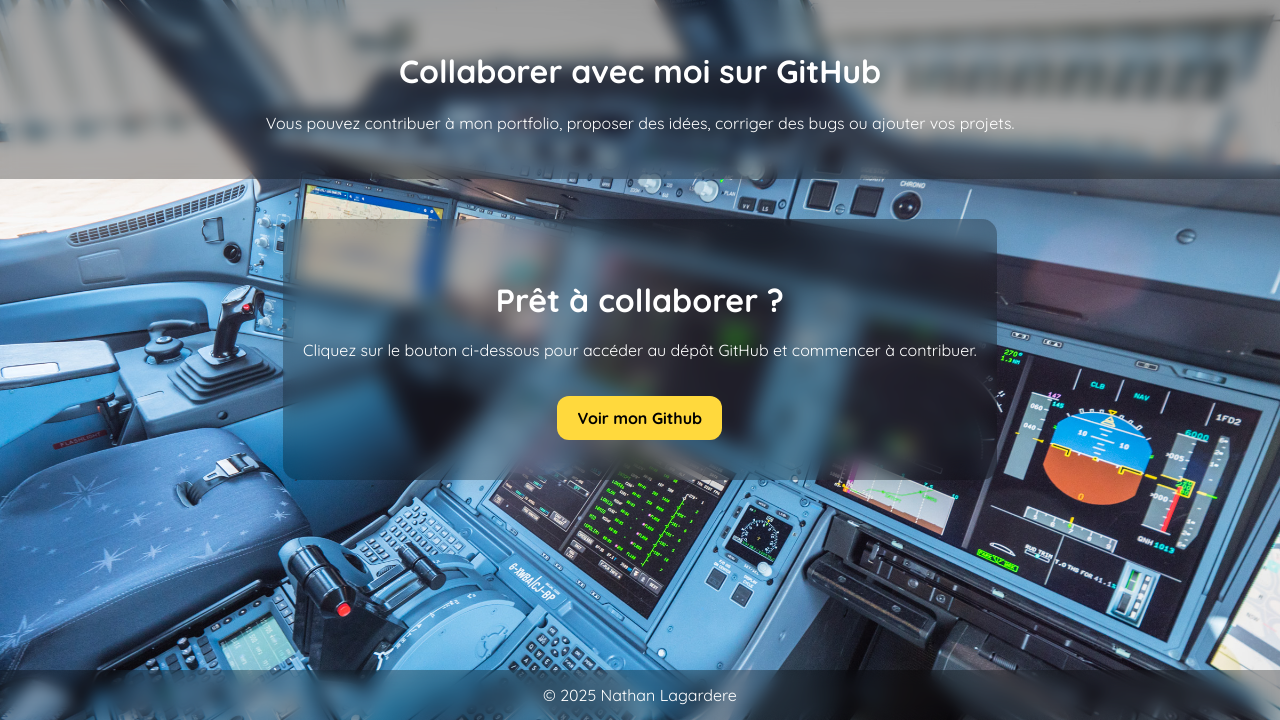
Repository: nlagardere/myportfolio
Page: collaborate.html
These files come from the project's save history. The page is drawn as it stood at one moment and after the next save; the edit follows.
The browser window is 1280 px wide. The pictures show the whole page.

Above is the page before, as saved 2025-09-07 11:55:00.

### collaborate.html
<!DOCTYPE html>
<html lang="fr">
<head>
  <meta charset="UTF-8">
  <meta name="viewport" content="width=device-width, initial-scale=1.0">
  <title>Collaborer avec moi</title>

  <link href="https://fonts.googleapis.com/css2?family=Exo+2:wght@400;700&family=Quicksand:wght@400;700&display=swap" rel="stylesheet">
  <link rel="stylesheet" href="https://cdnjs.cloudflare.com/ajax/libs/font-awesome/6.5.0/css/all.min.css">

  <style>
    body {
      font-family: 'Quicksand', sans-serif;
      margin: 0;
      padding: 0;
      min-height: 100vh;
      display: flex;
      flex-direction: column;
      background: url('a350.jpg') no-repeat center center;
      background-size: cover;
      color: #fff;
    }

    header {
      text-align: center;
      padding: 30px 20px;
      background: rgba(0,0,0,0.3);
      backdrop-filter: blur(8px);
    }

    .glasscard {
      background: rgba(0, 0, 0, 0.3);
      border-radius: 15px;
      padding: 40px 20px;
      margin: 40px auto;
      max-width: 800px;
      backdrop-filter: blur(10px);
      box-shadow: 0 4px 30px rgba(0,0,0,0.1);
      text-align: center;
      color: white;
      animation: zoomPop 1s ease forwards;
    }

    .glasscard h1 {
      margin-bottom: 20px;
    }

    .btn-github {
      display: inline-block;
      padding: 12px 20px;
      background: #FFD93D;
      color: #000;
      font-weight: bold;
      text-decoration: none;
      border-radius: 12px;
      margin-top: 20px;
      transition: transform 0.2s;
    }

    .btn-github:hover {
      transform: scale(1.05);
    }

    @keyframes zoomPop {
      0% { opacity: 0; transform: scale(0.1) translateZ(-800px); }
      60% { opacity: 1; transform: scale(1.2) translateZ(50px); }
      80% { transform: scale(0.95) translateZ(0); }
      100% { opacity: 1; transform: scale(1) translateZ(0); }
    }

    .footer{
      text-align: center;
      padding: 15px 20px;
      background: rgba(0,0,0,0.3);
      backdrop-filter: blur(8px);
      color: white;
      margin-top: auto;
    }

  </style>
</head>
<body>
  <header>
    <h1>Collaborer avec moi sur GitHub</h1>
    <p>Vous pouvez contribuer à mon portfolio, proposer des idées, corriger des bugs ou ajouter vos projets.</p>
  </header>

  <div class="glasscard">
    <h1>Prêt à collaborer ?</h1>
    <p>Cliquez sur le bouton ci-dessous pour accéder au dépôt GitHub et commencer à contribuer.</p>
    <a class="btn-github" href="https://github.com/nlagardere/" target="_blank">Voir mon Github</a>
  </div>

  <div class="footer">
    © 2025 Nathan Lagardere
  </div>
</body>
</html>

After the next save:
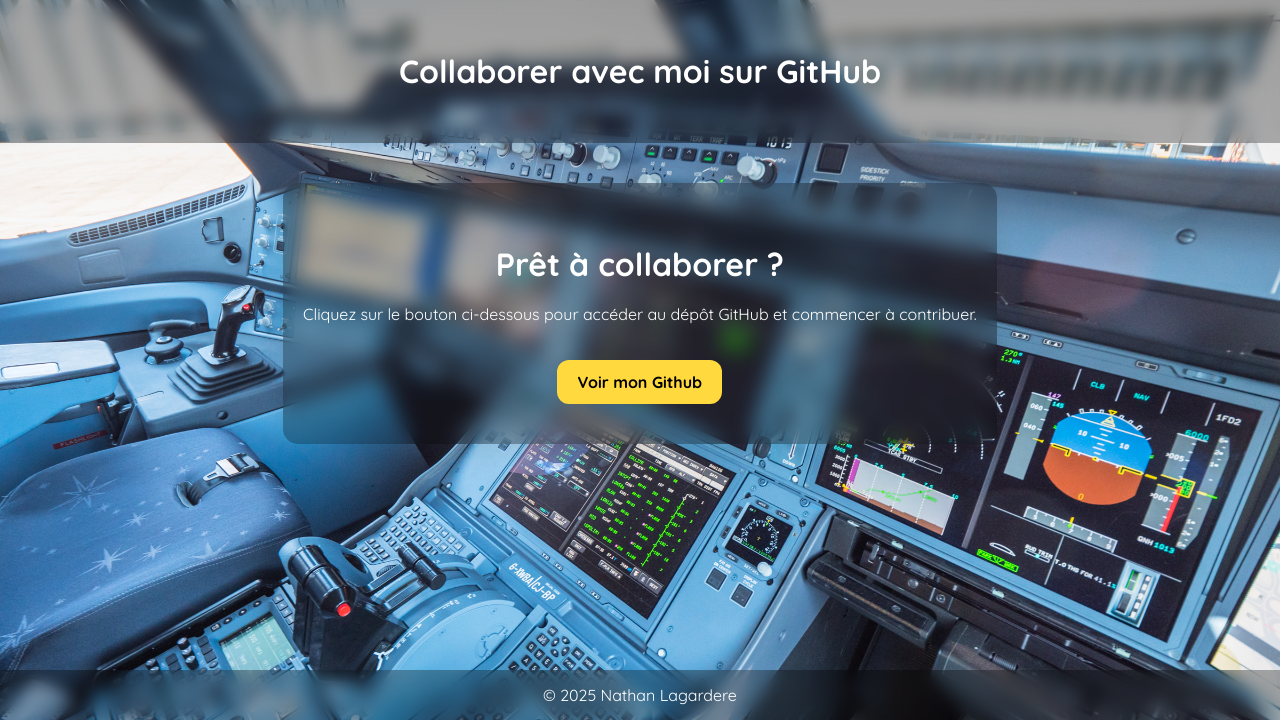
Saved 4 s later.
--- a/collaborate.html
+++ b/collaborate.html
@@ -82,7 +82,7 @@
 <body>
   <header>
     <h1>Collaborer avec moi sur GitHub</h1>
-    <p>Vous pouvez contribuer à mon portfolio, proposer des idées, corriger des bugs ou ajouter vos projets.</p>
+
   </header>
 
   <div class="glasscard">
